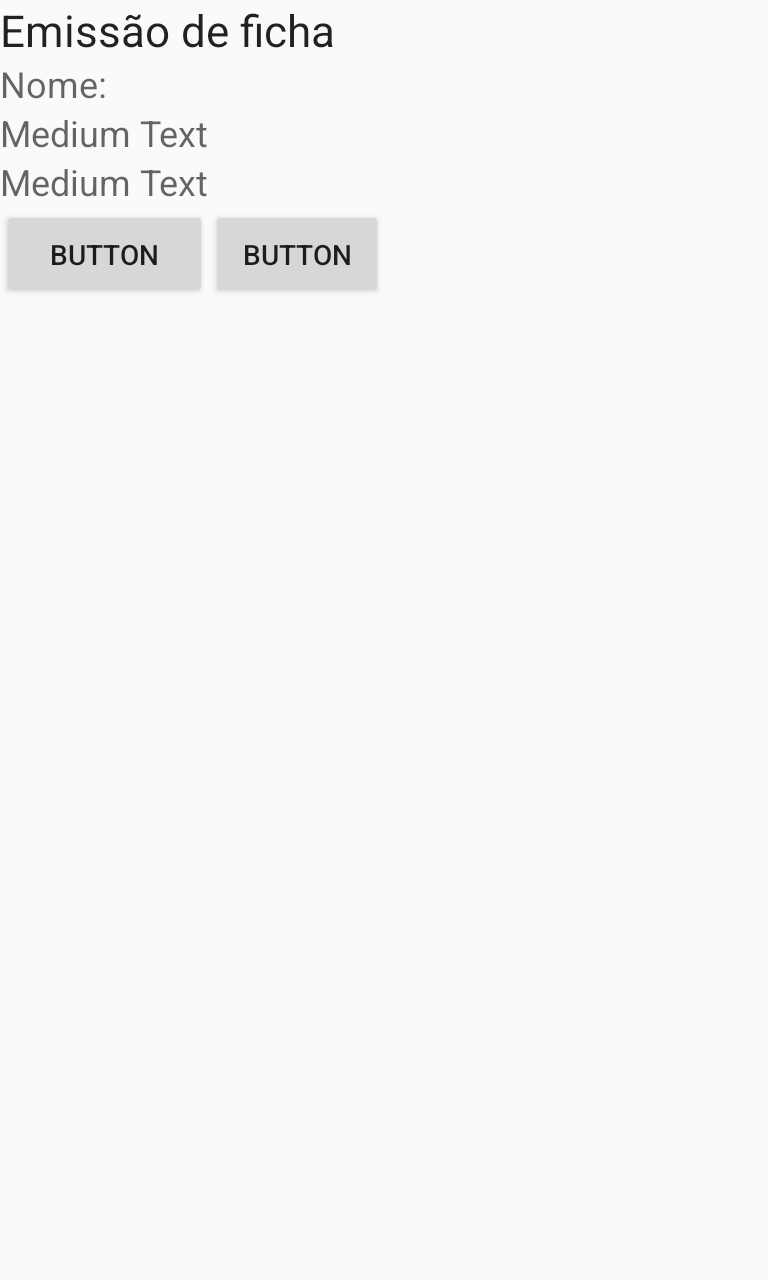
Repository: StefanoAraujo/MiniCurso.Android.Basico.Cadastro
Layout: Clientes/res/layout/activity_form.xml
An editor plug-in stored every save of this project. The layout is shown before and after the next save, followed by the edit.
It is drawn on a 768 x 1280 px phone screen (xhdpi) without system bars, with theme AppTheme; the app's code is not run.

Above is the layout before, as saved 2015-03-01 18:25:27.

### Clientes/res/layout/activity_form.xml
<LinearLayout xmlns:android="http://schemas.android.com/apk/res/android"
    xmlns:tools="http://schemas.android.com/tools"
    android:layout_width="match_parent"
    android:layout_height="match_parent"
    tools:context="com.netcoders.clientes.FormActivity"
    android:orientation="vertical" >

    <TextView
        android:id="@+id/textViewTitulo"
        android:layout_width="wrap_content"
        android:layout_height="wrap_content"
        android:text="Emissão de ficha"
        android:textAppearance="?android:attr/textAppearanceLarge" />

    <TableLayout
        android:layout_width="match_parent"
        android:layout_height="wrap_content" >

        <TableRow
            android:id="@+id/tableRow1"
            android:layout_width="wrap_content"
            android:layout_height="wrap_content" >

            <TextView
                android:id="@+id/textViewNome"
                android:layout_width="wrap_content"
                android:layout_height="wrap_content"
                android:text="Nome:"
                android:textAppearance="?android:attr/textAppearanceMedium" />

        </TableRow>

        <TableRow
            android:id="@+id/tableRow2"
            android:layout_width="wrap_content"
            android:layout_height="wrap_content" >

            <TextView
                android:id="@+id/textView3"
                android:layout_width="wrap_content"
                android:layout_height="wrap_content"
                android:text="Medium Text"
                android:textAppearance="?android:attr/textAppearanceMedium" />

        </TableRow>

        <TableRow
            android:id="@+id/tableRow3"
            android:layout_width="wrap_content"
            android:layout_height="wrap_content" >

            <TextView
                android:id="@+id/textView4"
                android:layout_width="wrap_content"
                android:layout_height="wrap_content"
                android:text="Medium Text"
                android:textAppearance="?android:attr/textAppearanceMedium" />

        </TableRow>

        <TableRow
            android:id="@+id/tableRow4"
            android:layout_width="wrap_content"
            android:layout_height="wrap_content" >

            <Button
                android:id="@+id/button1"
                android:layout_width="wrap_content"
                android:layout_height="wrap_content"
                android:text="Button" />

            <Button
                android:id="@+id/button2"
                android:layout_width="wrap_content"
                android:layout_height="wrap_content"
                android:text="Button" />

        </TableRow>
    </TableLayout>

</LinearLayout>

Loaded but not shown: Clientes/res/values/styles.xml (common file); Clientes/res/values-v11/styles.xml (common file); Clientes/res/values-v14/styles.xml (common file)

After the next save:
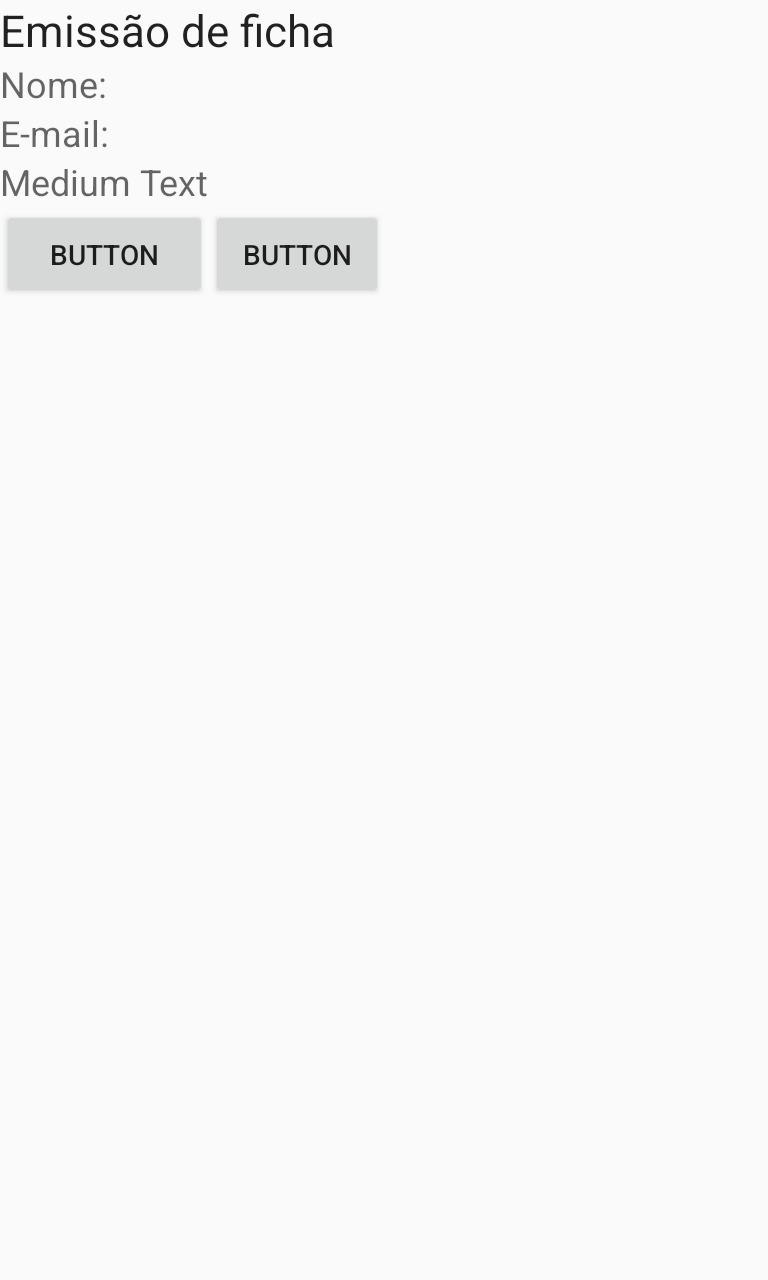
Saved 11 s later.
--- a/Clientes/res/layout/activity_form.xml
+++ b/Clientes/res/layout/activity_form.xml
@@ -36,10 +36,10 @@
             android:layout_height="wrap_content" >
 
             <TextView
-                android:id="@+id/textView3"
+                android:id="@+id/textViewEmail"
                 android:layout_width="wrap_content"
                 android:layout_height="wrap_content"
-                android:text="Medium Text"
+                android:text="E-mail:"
                 android:textAppearance="?android:attr/textAppearanceMedium" />
 
         </TableRow>
